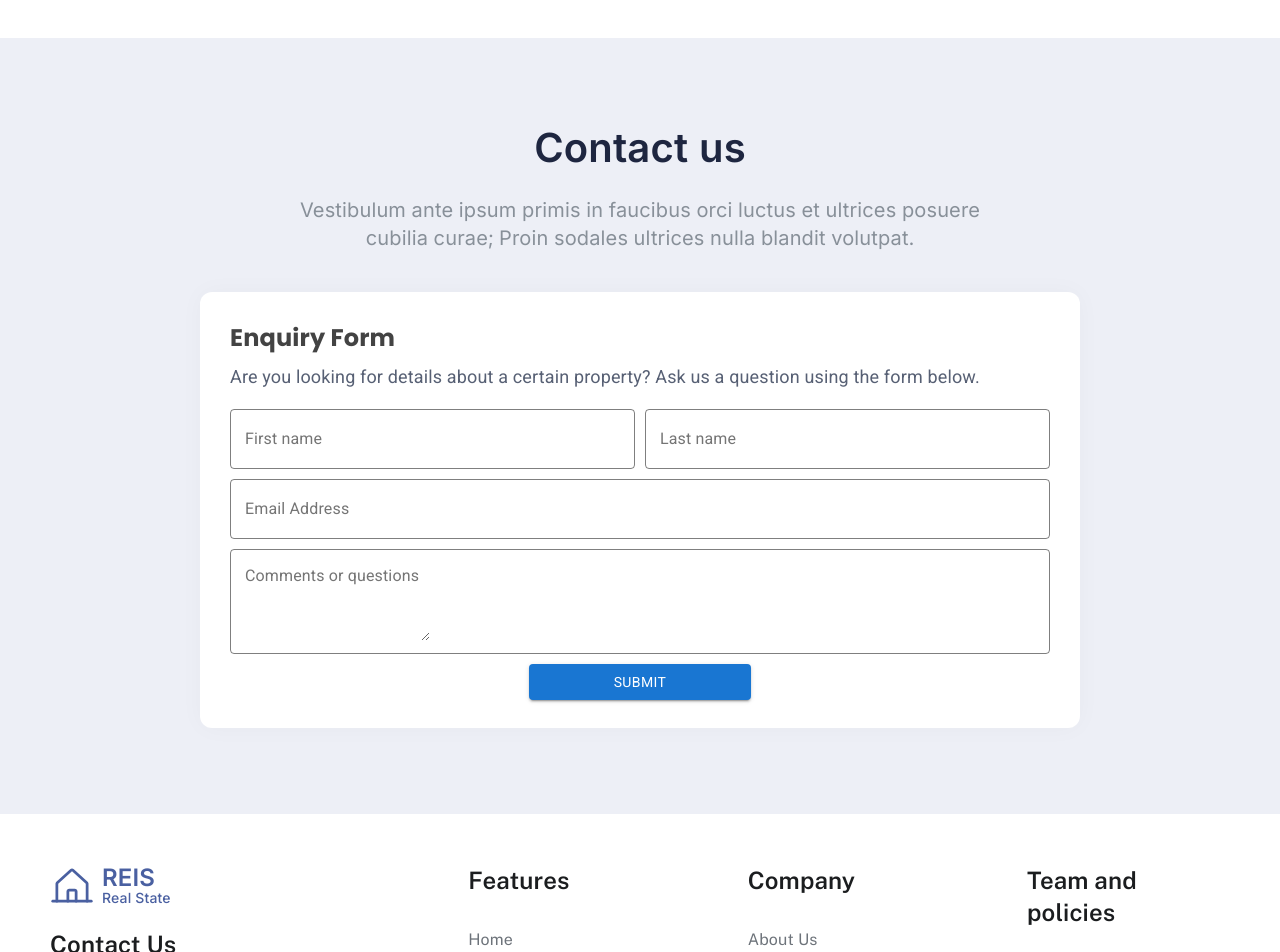
Repository: lvcg/realestatelocofy
Page: /
An editor plug-in stored every save of this project. The page is shown before and after the next save, followed by the edit.
The browser window is 1280 px wide. The pictures show the part of the page from y = 5548 to 6500 px (the page is 6787 px tall).
The project was rebuilt for these pictures with package versions that can differ from the ones it lists, and the page was loaded fresh each time. The framework's server and built-in components were replaced by stand-ins that run in the browser. Also part of the build but not shown: next.config.js.

Above is the page before, as saved 2023-08-14 17:25:36.

### pages/_app.js
import React from "react";
import Head from "next/head";

import { ThemeProvider, createTheme } from "@mui/material";
import CssBaseline from "@mui/material/CssBaseline";

import "./global.css";

export default function MyApp(props) {
  const { Component, pageProps } = props;

  React.useEffect(() => {
    // Remove the server-side injected CSS.
    const jssStyles = document.querySelector("#jss-server-side");
    if (jssStyles && jssStyles.parentElement) {
      jssStyles.parentElement.removeChild(jssStyles);
    }
  }, []);

  const muiTheme = createTheme();

  return (
    <React.Fragment>
      <Head>
        <title>real estate page</title>
        <meta
          name="viewport"
          content="minimum-scale=1, initial-scale=1, width=device-width"
        />
      </Head>
      <ThemeProvider theme={muiTheme}>
        {/* CssBaseline kickstart an elegant, consistent, and simple baseline to build upon. */}
        <CssBaseline />
        <Component {...pageProps} />
      </ThemeProvider>
    </React.Fragment>
  );
}

### pages/index.js
import Head from "next/head";
import Header from "../components/header";
import DreamHomeFinderContainer from "../components/dream-home-finder-container";
import AreaPropertiesContainer from "../components/area-properties-container";
import InfoCardContainer from "../components/info-card-container";
import RentForm from "../components/rent-form";
import RentPropertiesContainer from "../components/rent-properties-container";
import RentCard from "../components/rent-card";
import Footer from "../components/footer";

const LandingPage = () => {
  return (
    <>
      <Head>
        <title>Real Estate</title>
        <meta name="description" content="home finder site" />
      </Head>
      <main className="relative bg-gray-white w-full flex flex-col items-center justify-start">
        <Header hamburger />
        <DreamHomeFinderContainer />
        <AreaPropertiesContainer />
        <InfoCardContainer />
        <RentForm />
        <RentPropertiesContainer />
        <RentCard />
        <Footer />
      </main>
    </>
  );
};

export default LandingPage;

### pages/global.css
@import url("https://fonts.googleapis.com/css2?family=Inter:wght@400;500;600&display=swap");
@import url("https://fonts.googleapis.com/css2?family=Public+Sans:wght@400;600&display=swap");
@import url("https://fonts.googleapis.com/css2?family=Poppins:wght@700&display=swap");
@import url("https://fonts.googleapis.com/css2?family=Roboto:wght@400&display=swap");
@import url("https://fonts.googleapis.com/icon?family=Material+Icons");

@tailwind base;
@tailwind components;
@tailwind utilities;
body {
  @apply leading-[normal] m-0;
}
*,
::before,
::after {
  border-width: 0;
}

### components/info-card-container.js
import InfoCard from "./info-card";

const InfoCardContainer = () => {
  return (
    <div className="self-stretch bg-primary-50 flex flex-col py-[70px] px-0 items-center justify-start text-center text-21xl text-primary-800 font-body-regular-600">
      <div className="self-stretch flex flex-col pt-[75px] px-0 pb-0 box-border items-center justify-start gap-[54px] max-w-[95%px]">
        <div className="self-stretch flex flex-col py-0 px-[30px] box-border items-center justify-start gap-[24px] max-w-[95%px]">
          <div className="self-stretch relative leading-[48px] font-semibold">
            Properties by Area
          </div>
          <div className="self-stretch relative text-xl leading-[28px] text-lightslategray">
            Vestibulum ante ipsum primis in faucibus orci luctus et ultrices
            posuere cubilia curae; Proin sodales ultrices nulla blandit
            volutpat.
          </div>
        </div>
        <div className="self-stretch flex flex-row flex-wrap items-center justify-center gap-[86px] text-5xl text-gray-700">
          <InfoCard
            homeSaleRentId="/icon.svg"
            homeSaleRentText="Sell your home"
          />
          <InfoCard
            homeSaleRentId="/icon1.svg"
            homeSaleRentText="Rent your home"
            propWidth="312px"
          />
          <InfoCard
            homeSaleRentId="/icon2.svg"
            homeSaleRentText="Buy a home"
            propWidth="unset"
          />
          <InfoCard
            homeSaleRentId="/icon3.svg"
            homeSaleRentText="Free marketing"
            propWidth="312px"
          />
        </div>
      </div>
    </div>
  );
};

export default InfoCardContainer;

### components/rent-properties-container.js
import { Button } from "@mui/material";
import PropertyRentCard from "./property-rent-card";

const RentPropertiesContainer = () => {
  return (
    <div className="self-stretch flex flex-col py-[86px] px-0 items-center justify-start gap-[39px] text-center text-21xl text-primary-800 font-body-regular-600">
      <div className="self-stretch flex flex-col items-center justify-start gap-[40px] max-w-[95%px]">
        <div className="w-[688px] flex flex-col items-center justify-start gap-[24px] max-w-[95%px] lg:max-w-[95%] md:self-stretch md:w-auto">
          <div className="self-stretch relative leading-[48px] font-semibold">
            Latest Properties of Rent
          </div>
          <div className="self-stretch relative text-xl leading-[28px] text-lightslategray">
            Vestibulum ante ipsum primis in faucibus orci luctus et ultrices
            posuere cubilia curae; Proin sodales ultrices nulla blandit
            volutpat.
          </div>
        </div>
        <div className="self-stretch flex flex-row flex-wrap items-start justify-center gap-[40px] text-left text-base text-gray-white">
          <PropertyRentCard />
          <PropertyRentCard propBackgroundImage={`url("/card-21@3x.png")`} />
          <PropertyRentCard propBackgroundImage={`url("/card-31@3x.png")`} />
          <PropertyRentCard propBackgroundImage={`url("/card-41@3x.png")`} />
        </div>
      </div>
      <Button variant="contained" color="primary">
        Load more listing
      </Button>
    </div>
  );
};

export default RentPropertiesContainer;

### components/footer.js
import { useMemo } from "react";

const Footer = () => {
  return (
    <div
      className="self-stretch overflow-hidden flex flex-row p-[50px] items-start justify-start md:w-auto md:flex-row sm:flex-col"
    >
      <footer className="flex-1 flex flex-row items-start justify-between text-left text-5xl text-gray-black font-body-regular-400 md:flex-col md:gap-[50px] sm:flex-col sm:gap-[50px]">
        <div className="w-[312px] flex flex-col items-start justify-start gap-[20px] text-center text-primary-500 font-body-regular-600">
          <div className="flex flex-row items-center justify-center gap-[8px]">
            <img className="w-11 h-11" alt="" src="/houseline.svg" />
            <div className="flex flex-col items-start justify-start">
              <div className="leading-[24px] font-semibold">REIS</div>
              <div className="text-sm leading-[16px] font-medium">
                Real State
              </div>
            </div>
          </div>
          <div className="flex flex-col items-start justify-start gap-[13px] text-left text-base text-gray-500 font-body-regular-400">
            <div className="text-5xl leading-[32px] font-semibold text-gray-black">
              Contact Us
            </div>
            <div className="leading-[24px]">Call : +123 400 123</div>
            <div className="leading-[24px] flex items-end">
              Praesent nulla massa, hendrerit vestibulum gravida in, feugiat
              auctor felis.
            </div>
            <div className="leading-[24px] text-gray-700">
              Email: example@mail.com
            </div>
          </div>
          <div className="w-[304px] flex flex-row items-center justify-between">
            <div className="rounded bg-primary-50 flex flex-col p-3.5 items-center justify-center">
              <img
                className="w-5 h-[21.67px]"
                alt=""
                src="/social-media-logo.svg"
              />
            </div>
            <div className="rounded bg-primary-50 flex flex-col p-3.5 items-center justify-center">
              <img
                className="w-5 h-5 overflow-hidden shrink-0"
                alt=""
                src="/social-media-logo1.svg"
              />
            </div>
            <div className="rounded bg-primary-50 flex flex-col p-3.5 items-center justify-center">
              <img
                className="w-5 h-5 overflow-hidden shrink-0"
                alt=""
                src="/social-media-logo2.svg"
              />
            </div>
            <div className="rounded bg-primary-50 flex flex-col p-3.5 items-center justify-center">
              <img
                className="w-5 h-5 overflow-hidden shrink-0"
                alt=""
                src="/social-media-logo3.svg"
              />
            </div>
            <div className="rounded bg-primary-50 flex flex-col p-3.5 items-center justify-center">
              <img
                className="w-5 h-5 overflow-hidden shrink-0"
                alt=""
                src="/social-media-logo4.svg"
              />
            </div>
          </div>
        </div>
        <div className="w-[173px] h-[248px] flex flex-col items-start justify-start gap-[32px]">
          <div className="leading-[32px] font-semibold">Features</div>
          <div className="self-stretch h-[184px] flex flex-col items-start justify-start gap-[16px] text-base text-gray-500">
            <div className="relative leading-[24px]">Home</div>
            <div className="relative leading-[24px]">Become a Host</div>
            <div className="relative leading-[24px]">Pricing</div>
            <div className="relative leading-[24px]">Blog</div>
            <div className="relative leading-[24px]">Contact</div>
          </div>
        </div>
        <div className="w-[173px] h-[248px] flex flex-col items-start justify-start gap-[32px]">
          <div className="relative leading-[32px] font-semibold">Company</div>
          <div className="self-stretch h-[184px] flex flex-col items-start justify-start gap-[16px] text-base text-gray-500">
            <div className="relative leading-[24px]">About Us</div>
            <div className="relative leading-[24px]">Press</div>
            <div className="relative leading-[24px]">Contact</div>
            <div className="relative leading-[24px]">Careers</div>
            <div className="relative leading-[24px]">Blog</div>
          </div>
        </div>
        <div className="w-[203px] h-[168px] flex flex-col items-start justify-start gap-[32px]">
          <div className="relative leading-[32px] font-semibold">
            Team and policies
          </div>
          <div className="self-stretch h-[104px] flex flex-col items-start justify-start gap-[16px] text-base text-gray-500">
            <div className="relative leading-[24px]">Terms of servies</div>
            <div className="relative leading-[24px]">Privacy Policy</div>
            <div className="relative leading-[24px]">Security</div>
          </div>
        </div>
      </footer>
    </div>
  );
};

export default Footer;

### components/info-card.js
import { useMemo } from "react";

const InfoCard = ({ homeSaleRentId, homeSaleRentText, propWidth }) => {
  const sellYourHomeStyle = useMemo(() => {
    return {
      width: propWidth,
    };
  }, [propWidth]);

  return (
    <div
      className="rounded bg-gray-white shadow-[0px_24px_68px_rgba(59,_77,_129,_0.08)] flex flex-col p-[22px] box-border items-start justify-start min-w-[300px] max-w-[340px] text-center text-5xl text-gray-700 font-body-regular-600"
      style={sellYourHomeStyle}
    >
      <div className="flex flex-col items-start justify-start gap-[24px]">
        <img
          className="relative w-[78px] h-[78px] overflow-hidden shrink-0"
          alt=""
          src={homeSaleRentId}
        />
        <div className="flex flex-col items-start justify-start gap-[24px]">
          <div className="relative leading-[32px] font-semibold">
            {homeSaleRentText}
          </div>
          <div className="relative text-base leading-[24px] text-lightslategray text-left flex items-end w-[268px]">
            We do a free evaluation to be sure you want to start selling.
          </div>
          <button className="cursor-pointer [border:none] p-0 bg-[transparent] relative text-base leading-[24px] font-body-regular-600 text-primary-500 text-left inline-block">
            Read more
          </button>
        </div>
      </div>
    </div>
  );
};

export default InfoCard;

### components/property-rent-card.js
import { useMemo } from "react";

const PropertyRentCard = ({ propBackgroundImage }) => {
  const card1Style = useMemo(() => {
    return {
      backgroundImage: propBackgroundImage,
    };
  }, [propBackgroundImage]);

  return (
    <div
      className="flex-1 rounded-md h-[426px] flex flex-col p-6 box-border items-center justify-end bg-[url(/card-11@3x.png)] bg-cover bg-no-repeat bg-[top] min-w-[355px] max-w-[370px] text-left text-base text-gray-white font-body-regular-600"
      style={card1Style}
    >
      <div className="self-stretch h-6 flex flex-row items-end justify-center gap-[32px]">
        <div className="flex flex-row items-start justify-end gap-[8px]">
          <img className="relative w-6 h-6" alt="" src="/mappin.svg" />
          <div className="relative leading-[24px] font-medium">Washington</div>
        </div>
        <div className="flex flex-row items-start justify-end gap-[8px]">
          <img className="relative w-6 h-6" alt="" src="/arrowsout4.svg" />
          <div className="relative leading-[24px] font-medium">12000</div>
        </div>
      </div>
    </div>
  );
};

export default PropertyRentCard;

### tailwind.config.js
/** @type {import('tailwindcss').Config} */
module.exports = {
  content: [
    "./pages/**/*.{js,ts,jsx,tsx}",
    "./components/**/*.{js,ts,jsx,tsx}",
  ],
  theme: {
    extend: {
      colors: {
        "gray-500": "#6d737a",
        "gray-black": "#1b1d1f",
        "primary-50": "#edeff6",
        "gray-700": "#363a3d",
        "primary-500": "#4a60a1",
        "gray-white": "#fff",
        whitesmoke: {
          "100": "#eaeaea",
          "200": "#e7e9eb",
        },
        gainsboro: "rgba(226, 226, 226, 0.1)",
        "primary-900": "#0f1320",
        gray: "rgba(0, 0, 0, 0.5)",
        darkgray: "#9c9c9c",
        slategray: "#576074",
        darkslategray: "#434343",
        lightslategray: "#889099",
        "primary-800": "#1e2640",
        "primary-700": "#2c3a61",
      },
      fontFamily: {
        "body-regular-400": "'Public Sans'",
        "body-regular-600": "Inter",
        "components-input-text": "Roboto",
        poppins: "Poppins",
      },
      borderRadius: {
        "10xs": "3px",
        "3xs": "10px",
        "11xs-5": "1.5px",
      },
    },
    fontSize: {
      base: "16px",
      "5xl": "24px",
      sm: "14px",
      "xs-6": "11.6px",
      "2xs-8": "10.8px",
      "sm-6": "13.6px",
      "mini-5": "14.5px",
      "33xl": "52px",
      lg: "18px",
      xl: "20px",
      "21xl": "40px",
    },
    screens: {
      lg: {
        max: "1200px",
      },
      md: {
        max: "960px",
      },
      sm: {
        max: "420px",
      },
    },
  },
  corePlugins: {
    preflight: false,
  },
};

Loaded but not shown: components/dream-home-finder-container.js (198 lines, source omitted); components/area-properties-container.js (96 lines, source omitted); components/rent-card.js (73 lines, source omitted); components/card-form-inputs.js (97 lines, source omitted); components/rent-form.js (56 lines, source omitted); components/header.js (42 lines, source omitted)

After the next save:
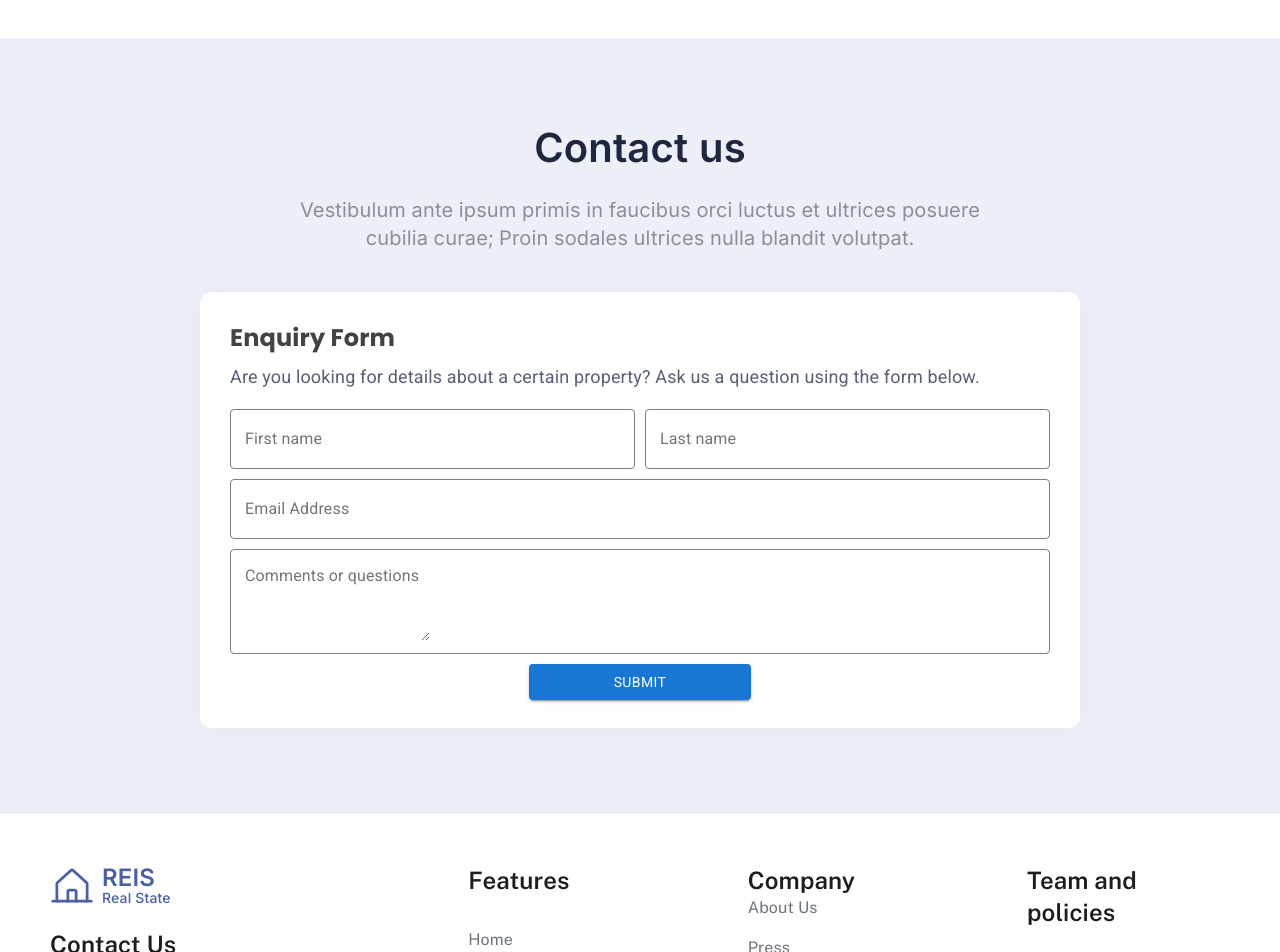
Saved 21 min 24 s later.
--- a/components/footer.js
+++ b/components/footer.js
@@ -77,7 +77,7 @@
             <div className="relative leading-[24px]">Contact</div>
           </div>
         </div>
-        <div className="w-[173px] h-[248px] flex flex-col items-start justify-start gap-[32px]">
+        <div className="w-[173px] h-[248px]flex flex-col items-start justify-start gap-[32px]">
           <div className="relative leading-[32px] font-semibold">Company</div>
           <div className="self-stretch h-[184px] flex flex-col items-start justify-start gap-[16px] text-base text-gray-500">
             <div className="relative leading-[24px]">About Us</div>

After the 4 saves that followed:
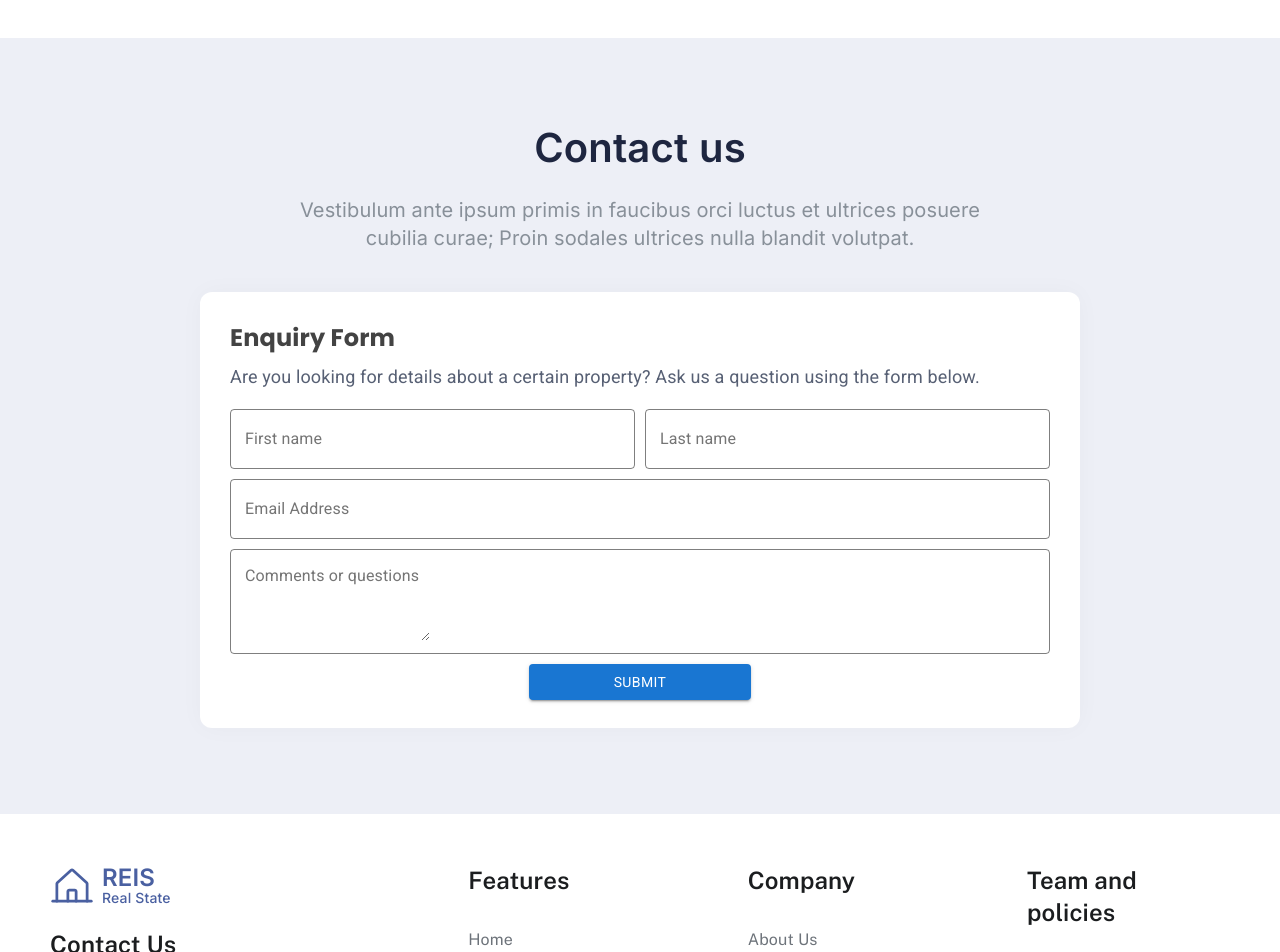
The 4 saves are shown as one change because 1 left the picture as it was and some came seconds apart.
The last was saved 23 s later.
--- a/components/footer.js
+++ b/components/footer.js
@@ -67,7 +67,7 @@
             </div>
           </div>
         </div>
-        <div className="w-[173px] h-[248px] flex flex-col items-start justify-start gap-[32px]">
+        <div className="w-[173px] flex flex-col items-start justify-start gap-[32px]">
           <div className="leading-[32px] font-semibold">Features</div>
           <div className="self-stretch h-[184px] flex flex-col items-start justify-start gap-[16px] text-base text-gray-500">
             <div className="relative leading-[24px]">Home</div>
@@ -77,7 +77,7 @@
             <div className="relative leading-[24px]">Contact</div>
           </div>
         </div>
-        <div className="w-[173px] h-[248px]flex flex-col items-start justify-start gap-[32px]">
+        <div className="w-[173px] flex flex-col items-start justify-start gap-[32px]">
           <div className="relative leading-[32px] font-semibold">Company</div>
           <div className="self-stretch h-[184px] flex flex-col items-start justify-start gap-[16px] text-base text-gray-500">
             <div className="relative leading-[24px]">About Us</div>
